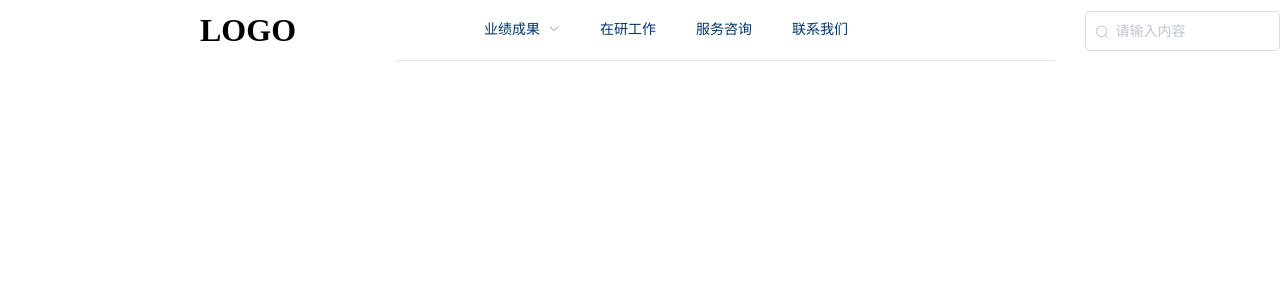
Repository: BLSY/xzust
Page: /
An editor plug-in stored every save of this project. The page is shown before and after the next save, followed by the edit.
The browser window is 1280 px wide. The pictures show the whole page.
The project was rebuilt for these pictures with package versions that can differ from the ones it lists, and the page was loaded fresh each time.

Above is the page before, as saved 2022-11-26 20:38:51.

### index.html
<!DOCTYPE html>
<html>
  <head>
    <meta charset="utf-8">
    <meta name="viewport" content="width=device-width,initial-scale=1.0">
    <title>student</title>
  </head>
  <body style="margin:0;">
    <div id="app"></div>
    <!-- built files will be auto injected -->
  </body>
</html>

### src/main.js
// The Vue build version to load with the `import` command
// (runtime-only or standalone) has been set in webpack.base.conf with an alias.
import Vue from 'vue'
import App from './App'
import ElementUI from 'element-ui';
import 'element-ui/lib/theme-chalk/index.css';
import router from './router'

Vue.use(ElementUI);
Vue.config.productionTip = false

/* eslint-disable no-new */
new Vue({
  el: '#app',
  router,
  components: { App },
  template: '<App/>'
})

### src/App.vue
<template>
  <div id="app">
    <router-view/>
  </div>
</template>

<script>
export default {
  name: 'App'
}
</script>

<style>
#app {

}
</style>

### src/components/HelloWorld.vue
<template>
  <div class="indexBox">
    <div class="nav">
      <div class="login">LOGO</div>
      <div class="navList">
        <el-menu
          :default-active="activeIndex2"
          class="el-menu-demo"
          mode="horizontal"
          @select="handleSelect"
          background-color="#fff"
          text-color="#00356B"
          active-text-color="#fff"
        >
          <el-menu-item index="1">首页</el-menu-item>
          <el-submenu index="2">
            <template slot="title">业绩成果</template>
            <el-menu-item index="2-1">选项1</el-menu-item>
            <el-menu-item index="2-2">选项2</el-menu-item>
            <el-menu-item index="2-3">选项3</el-menu-item>
          </el-submenu>
          <el-menu-item index="3">在研工作</el-menu-item>
          <el-menu-item index="4">服务咨询</el-menu-item>
          <el-menu-item index="5">联系我们</el-menu-item>
        </el-menu>
      </div>
      <div class="serch">
        <el-input
          placeholder="请输入内容"
          prefix-icon="el-icon-search"
          v-model="input2"
        >
        </el-input>
      </div>
    </div>
  </div>
</template>

<script>
export default {
  name: "HelloWorld",
  data() {
    return {
      activeIndex2: "1",
      input2: "",
    };
  },
  props: {
    msg: String,
  },
  methods: {
    handleSelect(key, keyPath) {
      console.log(key, keyPath);
    },
  },
};
</script>

<!-- Add "scoped" attribute to limit CSS to this component only -->
<style scoped >
.indexBox {
  width: 100%;
  height: 100%;
  position: relative;


}
.nav {
  width: 100%;
  display: flex;
  align-items: center;
}
.login {
  display: inline-block;
  font-size: 32px;
  font-weight: bold;
  font-family: MicrosoftYaHei;
  margin-left: 200px;
  margin-right: 100px;
}
.navList{
  width: 60%;
  display: inline-block;
}
.serch{
  display: inline-block;
  margin-left:30px ;
}
.el-menu-item.is-active{
  background: #00356B;
}
</style>

Loaded but not shown: src/router/index.js (common file)

After the next save:
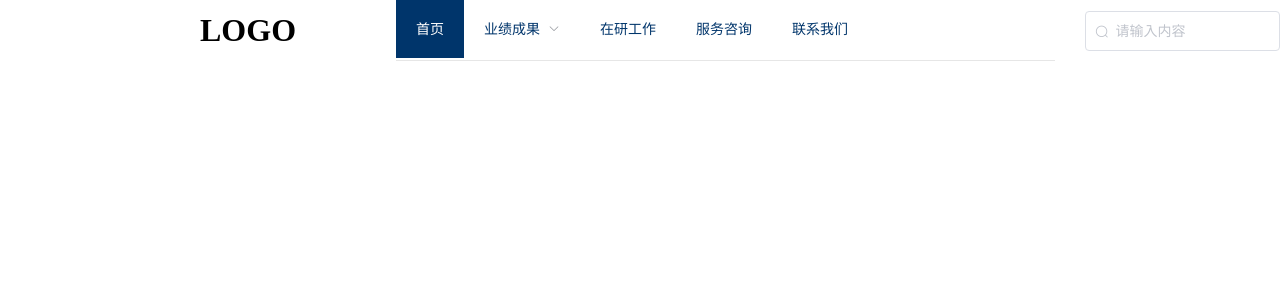
Saved 5 s later.
--- a/src/components/HelloWorld.vue
+++ b/src/components/HelloWorld.vue
@@ -87,6 +87,6 @@ export default {
   margin-left:30px ;
 }
 .el-menu-item.is-active{
-  background: #00356B;
+  background: #00356B !important;
 }
 </style>
